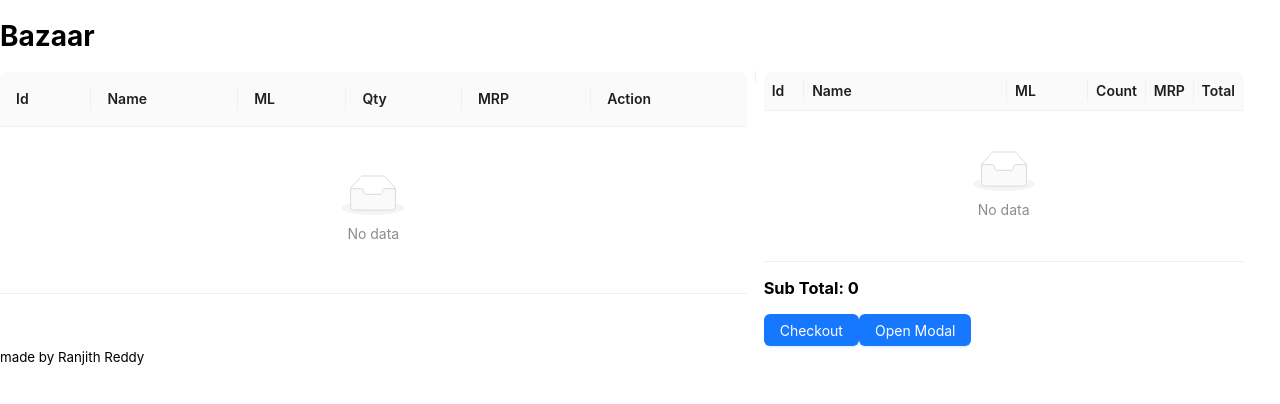
Repository: rxg8255/bazaar
Page: /
The author's editor kept a copy of each file at every save. The page is drawn from the files as they stood at one save, then again after the next save.
The browser window is 1280 px wide. The pictures show the whole page.
The page's requests for data from a server got no answer. The project was rebuilt for these pictures with package versions that can differ from the ones it lists, and the page was loaded fresh each time. No one was signed in, and anything a server would have sent is missing. Also part of the build but not shown: src/App.css, src/Child.js, src/Parent.js.

Above is the page before, as saved 2024-01-29 23:01:10.

### src/index.js
import React from "react";
import ReactDOM from "react-dom/client";
import "./index.css";
import App from "./App";
import reportWebVitals from "./reportWebVitals";
import Parent from "./Parent";

const root = ReactDOM.createRoot(document.getElementById("root"));
root.render(
  <React.StrictMode>
    <App />
  </React.StrictMode>
);

// If you want to start measuring performance in your app, pass a function
// to log results (for example: reportWebVitals(console.log))
// or send to an analytics endpoint. Learn more: https://bit.ly/CRA-vitals
reportWebVitals();

### src/App.js
import Cart from "./Cart";
import "./App.css";
import Product from "./Products";
import { Row, Col, Divider } from "antd";
import React, { useState } from "react";
import Parent from "./Parent";

function App() {
  const [items, setItems] = useState([]);
  const [subTotal, setSubTotal] = useState(0.0);

  const addData = (item) => {
    setItems((prevItems) => {
      // Check if the item already exists in the array
      const exists = prevItems.some((prevItem) => prevItem.key === item.key);

      // If it exists, return a new array with the updated count of the item
      if (exists) {
        return prevItems.map((prevItem) => {
          // Check if the available quantity is less than the desired count
          if (prevItem.available < prevItem.count + 1) {
            // Throw an alert with a message
            return prevItem.key === item.key
              ? { ...prevItem, count: prevItem.count }
              : prevItem;
          }
          setSubTotal(parseFloat(item.mrp_price) + subTotal);
          return prevItem.key === item.key
            ? {
                ...prevItem,
                count: prevItem.count + 1,
                total_price: (prevItem.count + 1) * prevItem.mrp_price,
              }
            : prevItem;
        });
      } else {
        item.count = 1;
        item.total_price = item.mrp_price;
        setSubTotal(parseFloat(item.mrp_price) + subTotal);
      }

      // If it does not exist, return a new array with the item added
      return [...prevItems, item];
    });

    console.log("You added item:", item);
    // setItems([...items, item]);
    console.log("Cart data after adding item", items);
  };

  return (
    <div className="container">
      <Row>
        <Col span={24}>
          <h1>Bazaar</h1>
        </Col>
      </Row>
      <Row>
        <Col span={14}>
          <Product onData={addData} />
        </Col>
        <Divider type="vertical" />
        {/* <Col span={1}></Col> */}
        <Col span={9}>
          <Cart cartListData={items} subTotal={subTotal} />
        </Col>
      </Row>
      <footer>
        <small>made by Ranjith Reddy</small>
      </footer>
    </div>
  );
}

export default App;

### src/Cart.js
import React from "react";
import { Table, Button } from "antd";
import Receipt from "./Receipt";

function Cart({ cartListData, subTotal }) {
  const columns = [
    {
      title: "Id",
      dataIndex: "key",
      width: 40,
      fixed: "left",
    },
    {
      title: "Name",
      dataIndex: "name",
      width: 200,
      fixed: "left",
    },
    {
      title: "ML",
      dataIndex: "quantity",
      width: 80,
      fixed: "left",
    },
    {
      title: "Count",
      dataIndex: "count",
      width: 40,
      fixed: "left",
    },
    {
      title: "MRP",
      dataIndex: "mrp_price",
      width: 40,
      fixed: "left",
    },
    {
      title: "Total",
      dataIndex: "total_price",
      width: 40,
      fixed: "left",
    },
  ];

  // const [cartState, setCartState] = useState(cartListData);
  // useEffect(() => {
  //   console.log("Cart state changed");
  //   setCartState(cartListData);
  // }, [cartListData]);

  const checkOut = (item) => {
    console.log("Bill and set database", cartListData);
  };

  return (
    <div>
      <Table columns={columns} dataSource={cartListData} size="small" />
      <h3>Sub Total: {subTotal}</h3>
      <Button type="primary" onClick={() => checkOut(1)}>
        Checkout
      </Button>
      <Receipt />
    </div>
  );
}

export default Cart;

### src/Products.js
import React, { useState, useEffect } from "react";
import axios from "axios";
import { Table, Button } from "antd";
import { PlusCircleFilled } from "@ant-design/icons";

function Product(props) {
  const columns = [
    {
      title: "Id",
      dataIndex: "key",
    },
    {
      title: "Name",
      dataIndex: "name",
    },
    {
      title: "ML",
      dataIndex: "quantity",
    },
    {
      title: "Qty",
      dataIndex: "available",
    },
    {
      title: "MRP",
      dataIndex: "mrp_price",
    },
    {
      title: "Action",
      key: "action",
      render: (text, record, index) => (
        <Button onClick={() => handleButtonClick(record)}>
          Add <PlusCircleFilled />
        </Button>
      ),
    },
  ];

  const [data, setData] = useState([]);

  const handleButtonClick = (record) => {
    console.log("You clicked the button with data", record);
    props.onData(record);
  };

  useEffect(() => {
    const fetchData = async () => {
      // Try to get the data from the API endpoint
      try {
        // Use axios.get to make a GET request with the URL
        const response = await axios.get(
          "http://127.0.0.1:8000/api/inventory/"
        );
        // Set the data state with the response data
        setData(response.data);
      } catch (error) {
        console.error(error);
      }
    };
    fetchData();
  }, []);

  return (
    <div>
      <Table columns={columns} dataSource={data} />
    </div>
  );
}

export default Product;

### src/Receipt.js
import React, { useState } from "react";
import { Button, Modal } from "antd";
const Receipt = () => {
  const [isModalOpen, setIsModalOpen] = useState(false);
  const showModal = () => {
    setIsModalOpen(true);
  };
  const handleOk = () => {
    setIsModalOpen(false);
  };
  const handleCancel = () => {
    setIsModalOpen(false);
  };
  return (
    <>
      <Button type="primary" onClick={showModal}>
        Open Modal
      </Button>
      <Modal
        title="Bazaar Receipt"
        open={isModalOpen}
        onOk={handleOk}
        onCancel={handleCancel}
      >
        <p>Some contents...</p>
        <p>Some contents...</p>
        <p>Some contents...</p>
      </Modal>
    </>
  );
};
export default Receipt;

Loaded but not shown: public/index.html (common file); src/index.css (common file); src/reportWebVitals.js (common file)

After the next save:
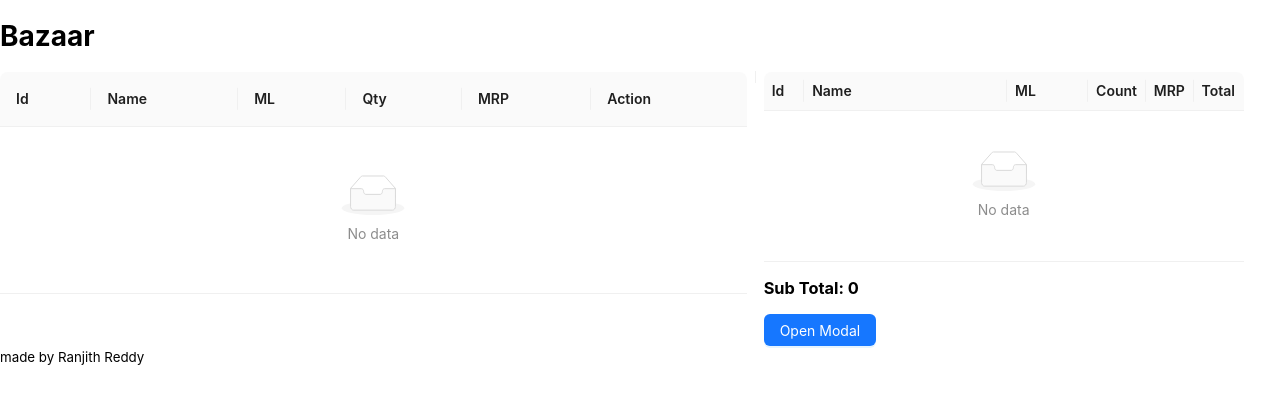
Saved 2 min 0 s later.
--- a/src/Cart.js
+++ b/src/Cart.js
@@ -56,9 +56,9 @@ function Cart({ cartListData, subTotal }) {
     <div>
       <Table columns={columns} dataSource={cartListData} size="small" />
       <h3>Sub Total: {subTotal}</h3>
-      <Button type="primary" onClick={() => checkOut(1)}>
+      {/* <Button type="primary" onClick={() => checkOut(1)}>
         Checkout
-      </Button>
+      </Button> */}
       <Receipt />
     </div>
   );
